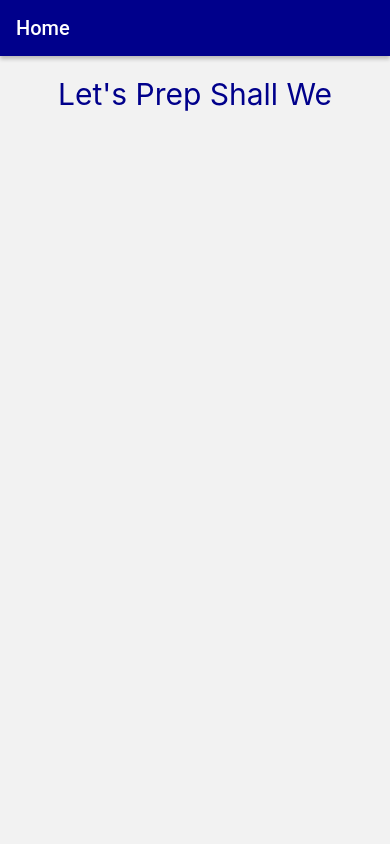
Repository: seyicoded/rn-crazy-algorithm-app
Screen: /
The author's editor kept a copy of each file at every save. The screen is drawn from the files as they stood at one save, then again after a run of saves.
The app was drawn by React Native's web renderer in a window 390 px wide. The project was rebuilt for these pictures with package versions that can differ from the ones it lists, and the page was loaded fresh each time. Also part of the build but not shown: src/screens/sort.js, src/screens/filter.js.

Above is the screen before, as saved 2022-03-30 14:39:42.

After the next 2 saves:
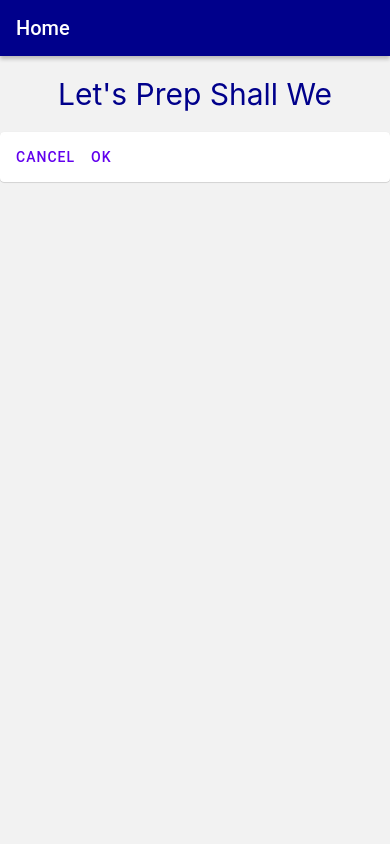
The 2 saves are shown as one change because 1 did not build or start.
The last was saved 14 min 11 s later.
--- a/src/screens/index.js
+++ b/src/screens/index.js
@@ -1,7 +1,7 @@
 import { View, Text, StyleSheet } from 'react-native'
 import React from 'react'
 import Header from '../layout/header'
-import { List, Avatar, Button, Card, Title, Paragraph } from 'react-native-paper';
+import { List, Avatar, Card, Title, Paragraph, Button } from 'react-native-paper';
 
 export default function Index({route, navigation}) {
 
@@ -9,6 +9,14 @@ export default function Index({route, navigation}) {
         <View>
             <Header title="Home" visible={false} navigation={navigation} />
             <Text style={styles.header}>Let's Prep Shall We</Text>
+
+            <Card>
+                <Card.Actions>
+                <Button>Cancel</Button>
+                <Button>Ok</Button>
+                </Card.Actions>
+            </Card>
+
         </View>
     )
 }
